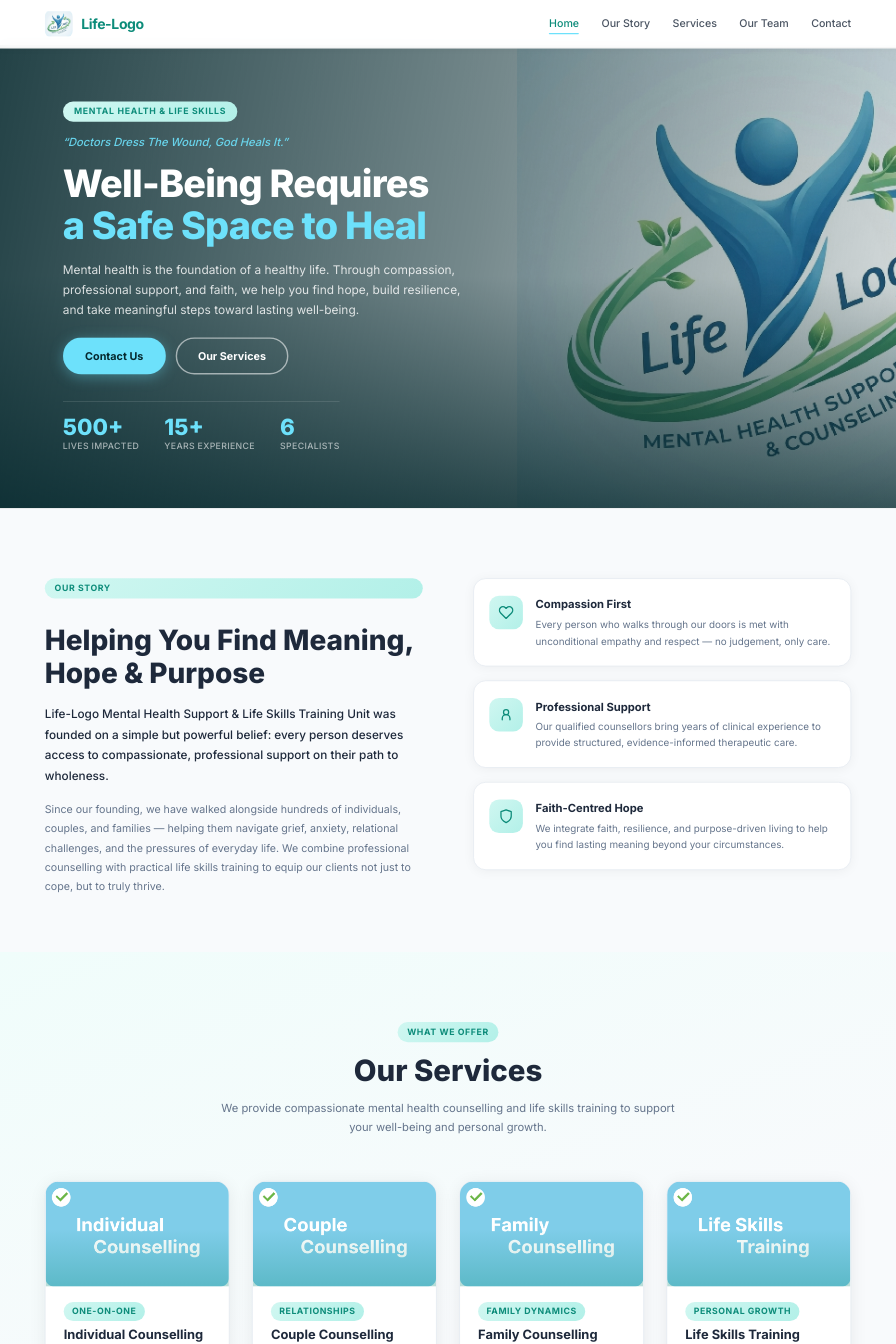
Repository: Tan47s/Lifelogo
Page: /
These files come from the project's save history. The page is drawn as it stood at one moment and after the next save; the edit follows.
The browser window is 1280 px wide. The pictures show the part of the page from y = 0 to 1920 px (the page is 5558 px tall), at 70% of full size.
The project was rebuilt for these pictures with package versions that can differ from the ones it lists, and the page was loaded fresh each time. Also part of the build but not shown: vite.config.js.

Above is the page before, as saved 2026-08-23 11:22:51.

### index.html
<!doctype html>
<html lang="en">
  <head>
    <meta charset="UTF-8" />
    <link rel="icon" type="image/svg+xml" href="/favicon.svg" />
    <meta name="viewport" content="width=device-width, initial-scale=1.0" />
    <title>Life-Logo | Mental Health Counselling &amp; Life Skills</title>
    <meta name="description" content="Life-Logo Mental Health Support &amp; Life Skills Training Unit — professional counselling, resilience coaching, and compassionate support to help you find meaning, hope, and purpose." />
    <meta property="og:title" content="Life-Logo | Mental Health Counselling &amp; Life Skills" />
    <meta property="og:description" content="Professional counselling and life skills training to support your well-being and personal growth." />
    <meta property="og:type" content="website" />
  </head>
  <body>
    <div id="root"></div>
    <script type="module" src="/src/main.jsx"></script>
  </body>
</html>

### src/main.jsx
import { StrictMode } from 'react'
import { createRoot } from 'react-dom/client'

import { App } from './App.jsx'


createRoot(document.getElementById('root')).render(
  <StrictMode>
    <App />
  </StrictMode>,
)

### src/App.jsx
import React from 'react'
import { Header } from './comp/Header'
import { Herocon } from './comp/Herocon'
import { Contents2 } from './comp/Contents2'
import { Service2 } from './comp/Service2'
import { Counsellors } from './comp/Counsellors'
import { Contact } from './comp/Contact'
import { Footer } from './comp/Footer'

export const App = () => {
  return (
    <div>
      <Header />

      {/* Hero — id: home (owned by Herocon's <section>) */}
      <Herocon />

      {/* Our Story — id: story (owned by Contents2's <section>) */}
      <Contents2 />

      {/* Services — id: services (declared inside Service2's <section>) */}
      <Service2 />

      {/* Our Team — id: team */}
      <Counsellors />

      {/* Contact — id: contact */}
      <Contact />

      {/* Footer */}
      <Footer />
    </div>
  )
}

### src/comp/Herocon.jsx
import './herocon.css'
import Hero from '../assets/hero3.jpg'

const stats = [
  { value: '500+', label: 'Lives Impacted' },
  { value: '15+', label: 'Years Experience' },
  { value: '6',   label: 'Specialists' },
]

export const Herocon = () => {
  const scrollTo = (id) => {
    const el = document.getElementById(id)
    if (el) el.scrollIntoView({ behavior: 'smooth' })
  }

  return (
    <section
      id="home"
      className="hero-section"
      style={{ backgroundImage: `url(${Hero})` }}
    >
      {/* layered overlay */}
      <div className="hero-overlay" />

      <div className="hero-content">
        {/* eyebrow badge */}
        <span className="hero-badge">Mental Health &amp; Life Skills</span>

        {/* quote */}
        <p className="hero-quote">
          &ldquo;Doctors Dress The Wound, God Heals It.&rdquo;
        </p>

        {/* headline */}
        <h1 className="hero-headline">
          Well-Being Requires<br />
          <span className="hero-headline-accent">a Safe Space to Heal</span>
        </h1>

        {/* sub-text */}
        <p className="hero-sub">
          Mental health is the foundation of a healthy life. Through compassion,
          professional support, and faith, we help you find hope, build
          resilience, and take meaningful steps toward lasting well-being.
        </p>

        {/* CTAs */}
        <div className="hero-ctas">
          <button
            id="hero-contact-btn"
            className="hero-btn hero-btn--primary"
            onClick={() => scrollTo('contact')}
          >
            Contact Us
          </button>
          <button
            id="hero-services-btn"
            className="hero-btn hero-btn--ghost"
            onClick={() => scrollTo('services')}
          >
            Our Services
          </button>
        </div>

        {/* Stats strip */}
        <div className="hero-stats">
          {stats.map((s, i) => (
            <div className="hero-stat" key={i}>
              <span className="hero-stat-value">{s.value}</span>
              <span className="hero-stat-label">{s.label}</span>
            </div>
          ))}
        </div>
      </div>
    </section>
  )
}

### src/comp/Service2.jsx
import React from 'react'
import ser1 from '../assets/ser1.png'
import ser2 from '../assets/ser2.png'
import ser3 from '../assets/ser3.png'
import ser4 from '../assets/ser4.png'
import './Service2.css'

const services = [
  {
    img: ser1,
    title: 'Individual Counselling',
    tag: 'One-on-One',
    desc: 'A private, confidential space where you can explore personal challenges, process emotions, and develop healthier coping strategies with the guidance of a qualified counsellor.',
  },
  {
    img: ser2,
    title: 'Couple Counselling',
    tag: 'Relationships',
    desc: 'Helping couples navigate conflict, rebuild trust, and strengthen communication so they can grow together in a healthy, supportive partnership.',
  },
  {
    img: ser3,
    title: 'Family Counselling',
    tag: 'Family Dynamics',
    desc: 'We work with families to address relational tensions, improve understanding, and foster a home environment rooted in compassion and mutual respect.',
  },
  {
    img: ser4,
    title: 'Life Skills Training',
    tag: 'Personal Growth',
    desc: 'Practical workshops and coaching sessions that equip you with tools for resilience, emotional regulation, goal-setting, and purposeful living.',
  },
]

export const Service2 = () => {
  return (
    <section id="services" className="services-section">
      {/* Section Header */}
      <div className="services-header">
        <span className="section-badge">What We Offer</span>
        <h2>Our Services</h2>
        <p className="services-subtitle">
          We provide compassionate mental health counselling and life skills
          training to support your well-being and personal growth.
        </p>
      </div>

      {/* Cards Grid */}
      <div className="services-grid">
        {services.map((s, i) => (
          <div className="service-card" key={i}>
            <div className="service-img-wrap">
              <img src={s.img} alt={s.title} className="service-img" />
              <div className="service-img-overlay" />
            </div>
            <div className="service-info">
              <span className="service-tag">{s.tag}</span>
              <h3>{s.title}</h3>
              <p>{s.desc}</p>
            </div>
          </div>
        ))}
      </div>
    </section>
  )
}

### src/comp/Footer.jsx
import React from 'react'
import './Footer.css'
import logo from '../assets/logo.png'

export const Footer = () => {
  const year = new Date().getFullYear()

  const scrollTo = (id) => {
    const el = document.getElementById(id)
    if (el) el.scrollIntoView({ behavior: 'smooth' })
  }

  return (
    <footer className="footer">
      <div className="footer-inner">

        {/* Brand Column */}
        <div className="footer-brand">
          <div className="footer-logo-row">
            <img src={logo} alt="Life-Logo" className="footer-logo" />
            <span className="footer-name">Life-Logo</span>
          </div>
          <p className="footer-tagline">
            Mental Health Support &amp; Life Skills Training Unit — helping
            people discover meaning, hope, and purpose.
          </p>
        </div>

        {/* Quick Links */}
        <div className="footer-col">
          <h4>Quick Links</h4>
          <ul>
            {[
              { label: 'Home',        id: 'home' },
              { label: 'Our Story',   id: 'story' },
              { label: 'Services',    id: 'services' },
              { label: 'Our Team',    id: 'team' },
              { label: 'Contact',     id: 'contact' },
            ].map((l) => (
              <li key={l.id}>
                <button onClick={() => scrollTo(l.id)} className="footer-link">
                  {l.label}
                </button>
              </li>
            ))}
          </ul>
        </div>

        {/* Contact Column */}
        <div className="footer-col">
          <h4>Contact</h4>
          <ul className="footer-contact-list">
            <li>
              <span className="fc-icon">📍</span>
              House-19, Road-14, Sector-13, Uttara, Dhaka-1230, Bangladesh.
            </li>
            <li>
              <span className="fc-icon">📞</span>
              <a href="tel:+8801616190907">+8801616190907</a>
            </li>
            <li>
              <span className="fc-icon">✉️</span>
              <a href="mailto:lifelogo111@gmail.com">lifelogo111@gmail.com</a>
            </li>
            <li>
              <span className="fc-icon">💬</span>
              <a href="https://wa.me/233244567890" target="_blank" rel="noopener noreferrer">
                WhatsApp Us
              </a>
            </li>
          </ul>
        </div>

      </div>

      {/* Bottom Bar */}
      <div className="footer-bottom">
        <p>&copy; {year} Life-Logo Mental Health &amp; Life Skills. All rights reserved.</p>
        <p className="footer-note">Built with compassion 💚</p>
      </div>
    </footer>
  )
}

### src/Index.css

@import url('https://fonts.googleapis.com/css2?family=Inter:wght@100..900&display=swap');

:root {
  /* Brand */
  --primary: #6de1fb;        /* Teal from header */
  --primary-light: #02ff78;


  /* Logo greens */
  --green: #22C55E;
  --green-light: #DCFCE7;

  /* Blue accent */
  --blue: #38BDF8;
  --blue-light: #E0F2FE;

  /* Backgrounds */
  --background: #F8FAFC;
  --surface: #FFFFFF;

  /* Text */
  --text: #1E293B;
  --text-muted: #64748B;

  /* Borders */
  --border: #E2E8F0;
}

* {
  margin: 0;
  padding: 0;
  box-sizing: border-box;
  font-family: "Inter", sans-serif;
}

h1{
    font-weight: 800;
}

p{
    font-weight: 400;
}

### src/comp/herocon.css
/* ============================================================
   HERO SECTION
   ============================================================ */

.hero-section {
  position: relative;
  margin-top: 64px;           /* clears fixed header */
  width: 100%;
  min-height: 92vh;
  background-size: cover;
  background-position: center top;
  background-repeat: no-repeat;
  display: flex;
  align-items: flex-end;      /* content sits in lower half */
  padding: 0 7% 80px;
  box-sizing: border-box;
  overflow: hidden;
}

/* ---- Multi-layer overlay ---- */
.hero-overlay {
  position: absolute;
  inset: 0;
  /* left-to-right: dark teal → transparent, plus bottom vignette */
  background:
    linear-gradient(100deg, rgba(5, 40, 45, 0.88) 0%, rgba(5, 40, 45, 0.55) 52%, rgba(5, 40, 45, 0.15) 100%),
    linear-gradient(to top, rgba(5, 40, 45, 0.75) 0%, transparent 50%);
  pointer-events: none;
}

/* ---- Content column ---- */
.hero-content {
  position: relative;
  z-index: 2;
  display: flex;
  flex-direction: column;
  align-items: flex-start;
  gap: 18px;
  max-width: 680px;
}

/* ---- Eyebrow badge ---- */
.hero-badge {
  display: inline-block;
  background: linear-gradient(135deg, #d0f7f1, #b2f0e8);
  color: #0d8c7a;
  font-size: 0.78rem;
  font-weight: 700;
  letter-spacing: 0.08em;
  text-transform: uppercase;
  padding: 5px 16px;
  border-radius: 999px;
}

/* ---- Quote ---- */
.hero-quote {
  font-size: clamp(13px, 1.4vw, 16px);
  color: rgba(109, 225, 251, 0.9);
  font-style: italic;
  font-weight: 500;
  margin: 0;
  line-height: 1.4;
}

/* ---- Headline ---- */
.hero-headline {
  font-size: clamp(30px, 5vw, 54px);
  font-weight: 800;
  color: #ffffff;
  line-height: 1.12;
  margin: 0;
  letter-spacing: -0.02em;
}

.hero-headline-accent {
  color: var(--primary);      /* teal #6de1fb */
}

/* ---- Sub-text ---- */
.hero-sub {
  font-size: clamp(14px, 1.4vw, 17px);
  color: rgba(255, 255, 255, 0.82);
  line-height: 1.7;
  margin: 0;
  max-width: 580px;
}

/* ---- CTAs ---- */
.hero-ctas {
  display: flex;
  flex-wrap: wrap;
  gap: 14px;
  margin-top: 6px;
}

.hero-btn {
  padding: 13px 30px;
  border-radius: 999px;
  font-size: clamp(14px, 1.2vw, 16px);
  font-weight: 700;
  cursor: pointer;
  font-family: inherit;
  transition: transform 0.2s ease, box-shadow 0.2s ease, background 0.2s ease;
  border: 2px solid transparent;
}

.hero-btn--primary {
  background: var(--primary);
  color: #05282d;
  box-shadow: 0 4px 20px rgba(109, 225, 251, 0.35);
}

.hero-btn--primary:hover {
  transform: translateY(-3px);
  box-shadow: 0 8px 30px rgba(109, 225, 251, 0.5);
}

.hero-btn--ghost {
  background: transparent;
  color: #ffffff;
  border-color: rgba(255, 255, 255, 0.55);
}

.hero-btn--ghost:hover {
  background: rgba(255, 255, 255, 0.1);
  border-color: #ffffff;
  transform: translateY(-3px);
}

/* ---- Stats strip ---- */
.hero-stats {
  display: flex;
  gap: 36px;
  margin-top: 20px;
  padding-top: 20px;
  border-top: 1px solid rgba(255, 255, 255, 0.15);
  flex-wrap: wrap;
}

.hero-stat {
  display: flex;
  flex-direction: column;
  gap: 2px;
}

.hero-stat-value {
  font-size: clamp(22px, 3vw, 32px);
  font-weight: 800;
  color: var(--primary);
  line-height: 1;
}

.hero-stat-label {
  font-size: 0.78rem;
  color: rgba(255, 255, 255, 0.6);
  font-weight: 500;
  letter-spacing: 0.04em;
  text-transform: uppercase;
}

/* ---- Responsive ---- */
@media (max-width: 768px) {
  .hero-section {
    padding: 0 6% 60px;
    min-height: 100vh;
    align-items: flex-end;
  }

  .hero-content {
    max-width: 100%;
  }

  .hero-ctas {
    width: 100%;
  }

  .hero-btn {
    flex: 1 1 140px;
    text-align: center;
  }

  .hero-stats {
    gap: 24px;
  }
}

### src/comp/Contents2.css
/* ============================================================
   OUR STORY SECTION
   ============================================================ */

.story-section {
  padding: 100px 5% 80px;
  background: var(--background);   /* #F8FAFC — same as Counsellors */
}

/* ---- Two-column inner wrapper ---- */
.story-inner {
  display: grid;
  grid-template-columns: 1fr 1fr;
  gap: 72px;
  max-width: 1200px;
  margin: 0 auto;
  align-items: start;
}

/* ========== LEFT: text column ========== */
.story-text {
  display: flex;
  flex-direction: column;
  gap: 20px;
}

.story-text h2 {
  font-size: clamp(26px, 3.5vw, 40px);
  font-weight: 800;
  color: var(--text);
  line-height: 1.18;
  margin: 0;
}

.story-lead {
  font-size: 1.05rem;
  color: var(--text);
  font-weight: 500;
  line-height: 1.75;
  margin: 0;
}

.story-body {
  font-size: 0.95rem;
  color: var(--text-muted);
  line-height: 1.8;
  margin: 0;
}

/* ========== RIGHT: pillars column ========== */
.story-pillars {
  display: flex;
  flex-direction: column;
  gap: 20px;
}

/* ---- Single pillar card ---- */
.story-pillar {
  display: flex;
  align-items: flex-start;
  gap: 18px;
  background: var(--surface);
  border: 1px solid var(--border);
  border-radius: 18px;
  padding: 24px 22px;
  box-shadow: 0 2px 16px rgba(0, 0, 0, 0.05);
  transition: transform 0.25s ease, box-shadow 0.25s ease;
}

.story-pillar:hover {
  transform: translateY(-4px);
  box-shadow: 0 8px 32px rgba(109, 225, 251, 0.18);
}

/* ---- Icon bubble ---- */
.pillar-icon {
  flex-shrink: 0;
  width: 48px;
  height: 48px;
  border-radius: 14px;
  background: linear-gradient(135deg, #d0f7f1, #b2f0e8);
  display: flex;
  align-items: center;
  justify-content: center;
  color: #0d8c7a;
}

.pillar-icon svg {
  width: 22px;
  height: 22px;
}

/* ---- Pillar text ---- */
.pillar-body {
  display: flex;
  flex-direction: column;
  gap: 5px;
}

.pillar-body h4 {
  font-size: 1rem;
  font-weight: 700;
  color: var(--text);
  margin: 0;
}

.pillar-body p {
  font-size: 0.88rem;
  color: var(--text-muted);
  line-height: 1.65;
  margin: 0;
}

/* ---- Responsive ---- */
@media (max-width: 860px) {
  .story-inner {
    grid-template-columns: 1fr;
    gap: 48px;
  }
}

@media (max-width: 640px) {
  .story-section {
    padding: 70px 5% 60px;
  }
}

### src/comp/Service2.css
/* ============================================================
   SERVICES SECTION  —  mirrors Counsellors card style
   ============================================================ */

.services-section {
  padding: 100px 5% 80px;
  background: linear-gradient(160deg, #f0fdfb 0%, #f8fafc 60%);
}

/* --- Header --- */
.services-header {
  text-align: center;
  max-width: 660px;
  margin: 0 auto 64px;
}

.services-header h2 {
  font-size: clamp(28px, 4vw, 42px);
  font-weight: 800;
  color: var(--text);
  margin-bottom: 16px;
  line-height: 1.15;
}

.services-subtitle {
  font-size: 1rem;
  color: var(--text-muted);
  line-height: 1.7;
}

/* --- Grid --- */
.services-grid {
  display: grid;
  grid-template-columns: repeat(auto-fit, minmax(260px, 1fr));
  gap: 32px;
  max-width: 1200px;
  margin: 0 auto;
}

/* --- Card --- */
.service-card {
  background: var(--surface);
  border-radius: 20px;
  overflow: hidden;
  box-shadow: 0 4px 24px rgba(0, 0, 0, 0.07);
  border: 1px solid var(--border);
  transition: transform 0.3s ease, box-shadow 0.3s ease;
}

.service-card:hover {
  transform: translateY(-8px);
  box-shadow: 0 12px 40px rgba(109, 225, 251, 0.25);
}

/* --- Image wrapper --- */
.service-img-wrap {
  position: relative;
  width: 100%;
  height: 150px;
  overflow: hidden;
}

.service-img {
  width: 100%;
  height: 100%;
  object-fit: cover;
  object-position: center;
  transition: transform 0.4s ease;
}

.service-card:hover .service-img {
  transform: scale(1.05);
}

.service-img-overlay {
  position: absolute;
  inset: 0;
  background: linear-gradient(to top, rgba(13, 140, 122, 0.3) 0%, transparent 55%);
  pointer-events: none;
}

/* --- Info block --- */
.service-info {
  padding: 22px 26px 28px;
  display: flex;
  flex-direction: column;
  gap: 8px;
}

.service-tag {
  display: inline-block;
  background: linear-gradient(135deg, #d0f7f1, #b2f0e8);
  color: #0d8c7a;
  font-size: 0.78rem;
  font-weight: 700;
  letter-spacing: 0.06em;
  text-transform: uppercase;
  padding: 4px 12px;
  border-radius: 999px;
  align-self: flex-start;
}

.service-info h3 {
  font-size: 1.15rem;
  font-weight: 700;
  color: var(--text);
  margin: 0;
  line-height: 1.3;
}

.service-info p {
  font-size: 0.9rem;
  color: var(--text-muted);
  line-height: 1.75;
  margin: 0;
}

/* --- Responsive --- */
@media (max-width: 640px) {
  .services-section {
    padding: 70px 5% 60px;
  }

  .services-grid {
    grid-template-columns: 1fr;
  }
}

### src/comp/Footer.css
/* ============================================================
   FOOTER
   ============================================================ */

.footer {
  background: linear-gradient(135deg, #0f2027, #203a43, #2c5364);
  color: rgba(255, 255, 255, 0.85);
  padding-top: 64px;
}

.footer-inner {
  max-width: 1100px;
  margin: 0 auto;
  padding: 0 5% 48px;
  display: grid;
  grid-template-columns: 1.6fr 1fr 1.2fr;
  gap: 48px;
}

/* --- Brand Column --- */
.footer-brand {}

.footer-logo-row {
  display: flex;
  align-items: center;
  gap: 12px;
  margin-bottom: 16px;
}

.footer-logo {
  width: 44px;
  height: 44px;
  object-fit: contain;
  border-radius: 10px;
  background: white;
  padding: 3px;
}

.footer-name {
  font-size: 1.3rem;
  font-weight: 800;
  color: var(--primary);
  letter-spacing: -0.02em;
}

.footer-tagline {
  font-size: 0.9rem;
  line-height: 1.7;
  color: rgba(255, 255, 255, 0.6);
  max-width: 300px;
}

/* --- Columns --- */
.footer-col h4 {
  font-size: 0.8rem;
  font-weight: 700;
  letter-spacing: 0.1em;
  text-transform: uppercase;
  color: var(--primary);
  margin-bottom: 18px;
}

.footer-col ul {
  list-style: none;
  padding: 0;
  margin: 0;
  display: flex;
  flex-direction: column;
  gap: 10px;
}

/* Quick links */
.footer-link {
  background: none;
  border: none;
  padding: 0;
  cursor: pointer;
  font-size: 0.9rem;
  color: rgba(255, 255, 255, 0.7);
  text-align: left;
  transition: color 0.2s ease;
  font-family: inherit;
}

.footer-link:hover {
  color: var(--primary);
}

/* Contact list */
.footer-contact-list li {
  display: flex;
  align-items: flex-start;
  gap: 10px;
  font-size: 0.88rem;
  color: rgba(255, 255, 255, 0.7);
  line-height: 1.55;
}

.footer-contact-list a {
  color: rgba(255, 255, 255, 0.7);
  text-decoration: none;
  transition: color 0.2s ease;
}

.footer-contact-list a:hover {
  color: var(--primary);
}

.fc-icon {
  flex-shrink: 0;
  font-size: 1rem;
  margin-top: 1px;
}

/* --- Bottom Bar --- */
.footer-bottom {
  border-top: 1px solid rgba(255, 255, 255, 0.1);
  padding: 20px 5%;
  display: flex;
  align-items: center;
  justify-content: space-between;
  max-width: 100%;
}

.footer-bottom p {
  font-size: 0.82rem;
  color: rgba(255, 255, 255, 0.45);
  margin: 0;
}

.footer-note {
  font-size: 0.82rem;
  color: rgba(255, 255, 255, 0.45);
}

/* --- Responsive --- */
@media (max-width: 860px) {
  .footer-inner {
    grid-template-columns: 1fr 1fr;
  }
  .footer-brand {
    grid-column: span 2;
  }
}

@media (max-width: 540px) {
  .footer-inner {
    grid-template-columns: 1fr;
  }
  .footer-brand {
    grid-column: span 1;
  }
  .footer-bottom {
    flex-direction: column;
    gap: 6px;
    text-align: center;
  }
}

Loaded but not shown: src/comp/Contact.jsx (114 lines, source omitted); src/comp/Counsellors.jsx (101 lines, source omitted); src/App.css (221 lines, source omitted); src/comp/Contact.css (202 lines, source omitted); src/comp/Header.jsx (102 lines, source omitted); src/comp/Contents2.jsx (74 lines, source omitted); src/comp/Counsellors.css (141 lines, source omitted)

After the next save:
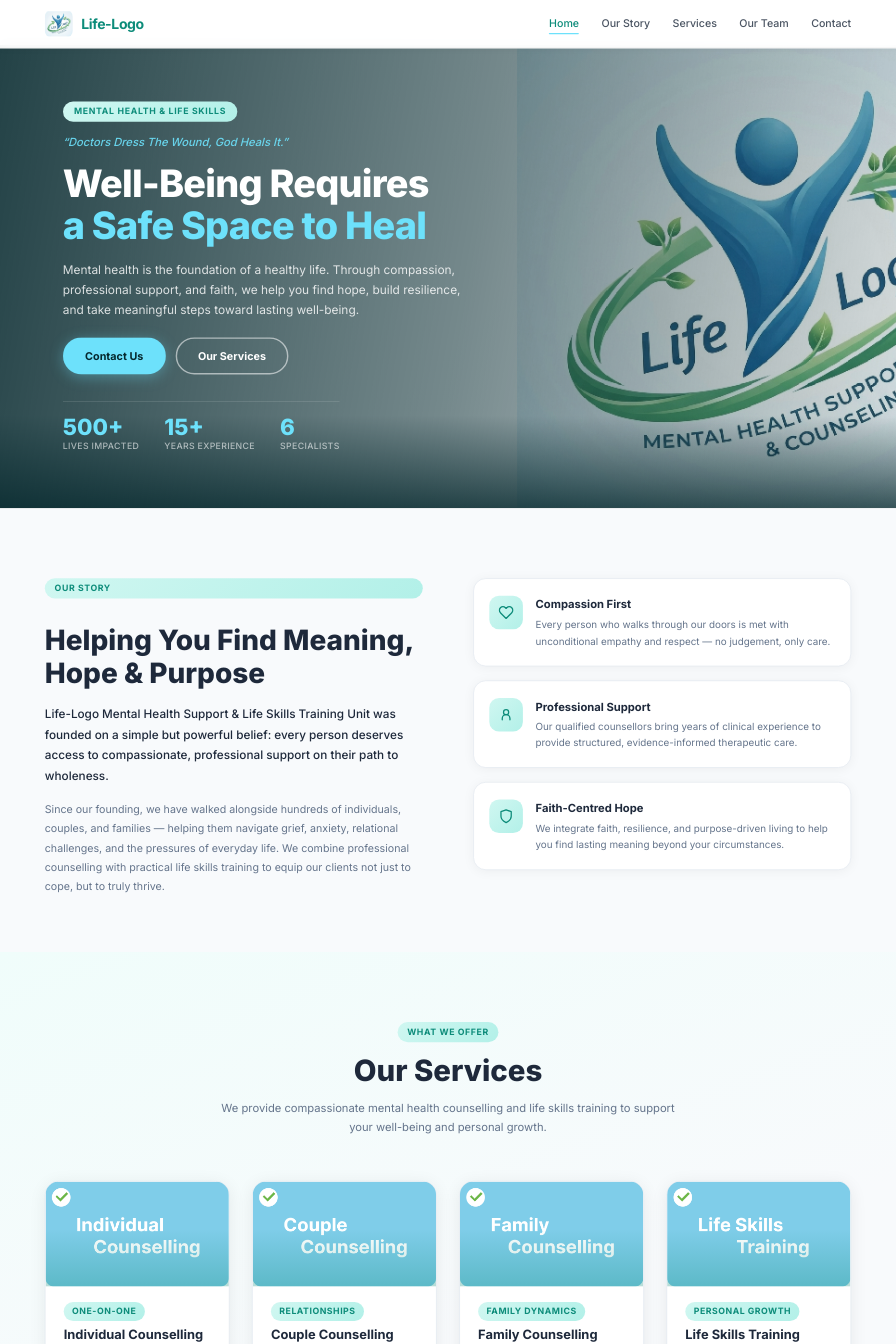
Saved 21 s later.
--- a/src/comp/herocon.css
+++ b/src/comp/herocon.css
@@ -24,7 +24,7 @@
   /* left-to-right: dark teal → transparent, plus bottom vignette */
   background:
     linear-gradient(100deg, rgba(5, 40, 45, 0.88) 0%, rgba(5, 40, 45, 0.55) 52%, rgba(5, 40, 45, 0.15) 100%),
-    linear-gradient(to top, rgba(5, 40, 45, 0.75) 0%, transparent 50%);
+    linear-gradient(to top, rgba(5, 40, 45, 0.75) 0%, transparent 20%);
   pointer-events: none;
 }
 
